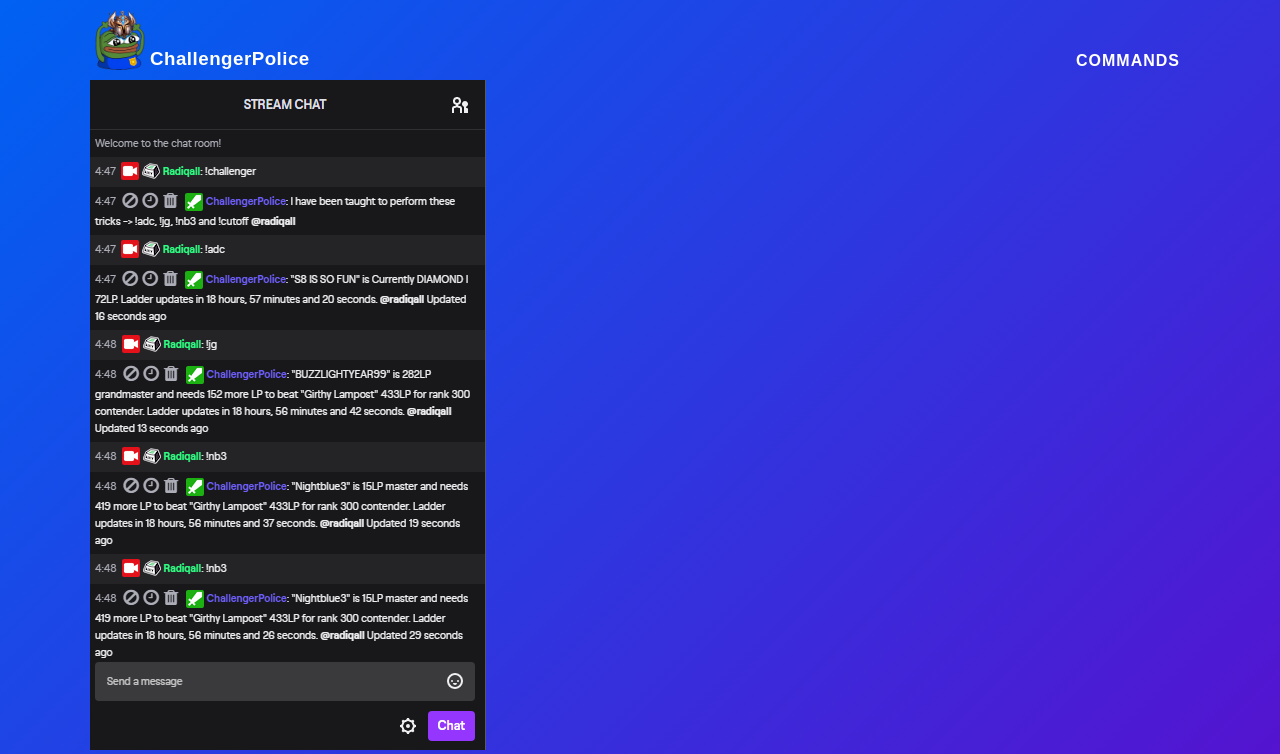
Repository: passbaan/challengerpolice
Page: index.html
The author's editor kept a copy of each file at every save. The page is drawn from the files as they stood at one save, then again after the next save.
The browser window is 1280 px wide. The pictures show the whole page.
The style sheet was rebuilt from its Sass, Less or Tailwind sources for each picture, by a compiler version that may differ from the author's.

Above is the page before, as saved 2020-06-02 16:52:37.

### index.html
<!DOCTYPE html>
<html lang="en">

<head>
    <meta charset="UTF-8">
    <meta name="viewport" content="width=device-width, initial-scale=1.0">
    <link rel="stylesheet" href="assets/css/main.min.css">
    <title>ChallengerPolice Rankbot</title>
</head>

<body>
    <section class="header">
        <div class="container">
            <nav>
                <div class="logo">
                    <img src="assets/img/logo.png" alt="Challenger Police Logo" class="logo-img">
                    <h1>ChallengerPolice</h1>
                </div>
                <div class="links">
                    <a href="#commands" class="link">Commands</a>
                </div>
            </nav>
            <div class="hero">
                <div class="hero-text"></div>
                <div class="hero-chat">
                    <img src="assets/img/chat.png" alt="">
                </div>
            </div>
        </div>
    </section>

</body>

</html>

### sass/main.scss
* {
  padding: 0;
  margin: 0;
  box-sizing: border-box;
}

section.header {
  width: 100%;
  background-color: #0061f2;
  background-image: linear-gradient(
    135deg,
    #0061f2 0%,
    rgba(105, 0, 199, 0.8) 100%
  );
  nav {
    display: flex;
    align-items: flex-end;
    justify-content: space-between;
    padding: 10px 0;
    .logo {
      display: flex;
      align-items: flex-end;
      h1 {
        color: #fff;
        letter-spacing: 0.5px;
        font-family: "Montserrat", sans-serif;
        &:hover {
          color: #f1f1f1;
        }
      }
      .logo-img {
        width: 60px;
        height: auto;
      }
    }
    .links {
      padding: 0 10px;
      .link {
        text-decoration: none;
        color: #fff;
        text-transform: uppercase;
        letter-spacing: 1px;
        font-weight: 700;
        font-family: "Montserrat", sans-serif;
        &:hover {
          color: #f1f1f1;
        }
      }
    }
  }
  .hero {
    .hero-chat {
      -webkit-perspective: 1500px;
      perspective: 1500px;
      -webkit-transform-style: preserve-3d;
      transform-style: preserve-3d;
      perspective-origin: left center;
    }
  }
}

.container {
  max-width: 1100px;
  width: 100%;
  margin-left: auto;
  margin-right: auto;
}

After the next save:
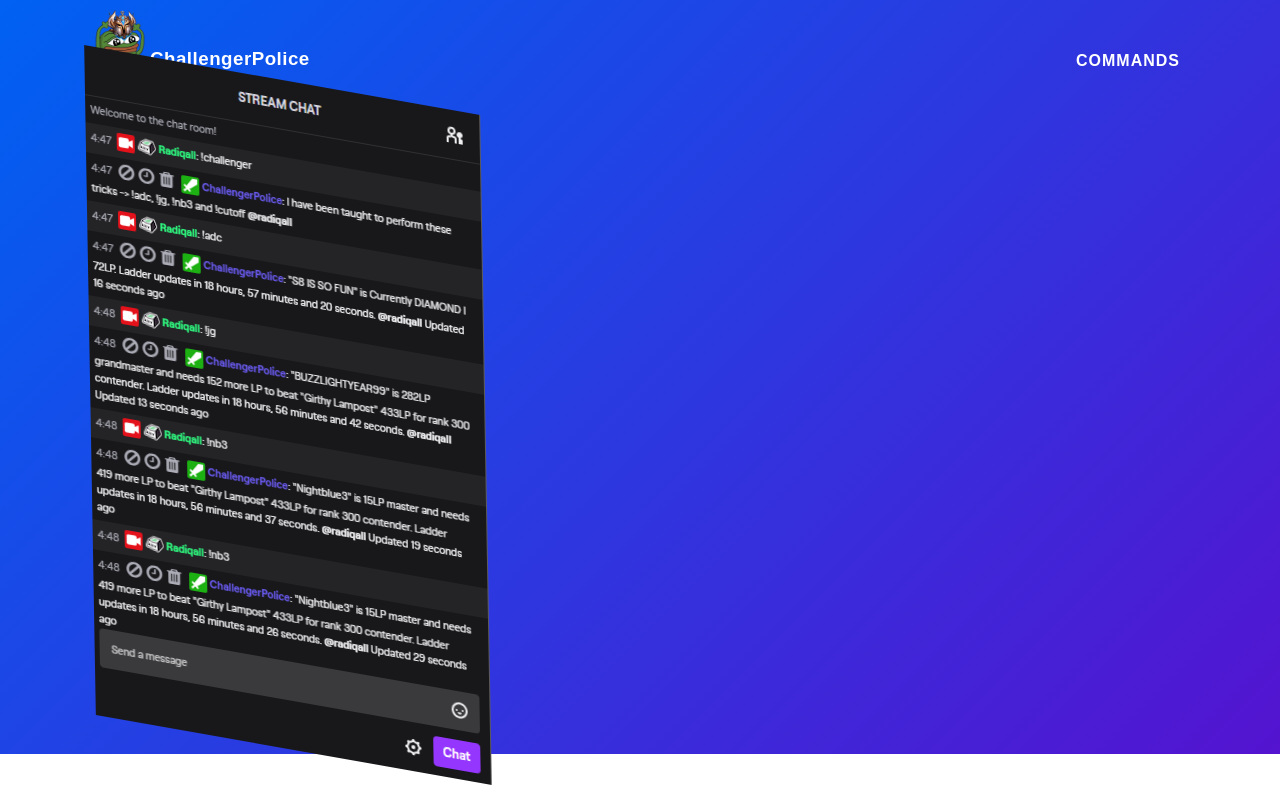
Saved 84 s later.
--- a/sass/main.scss
+++ b/sass/main.scss
@@ -50,11 +50,13 @@
   }
   .hero {
     .hero-chat {
-      -webkit-perspective: 1500px;
-      perspective: 1500px;
-      -webkit-transform-style: preserve-3d;
-      transform-style: preserve-3d;
-      perspective-origin: left center;
+      img {
+        -moz-transform: skew(1deg, 10deg);
+        -webkit-transform: skew(1deg, 10deg);
+        -o-transform: skew(1deg, 10deg);
+        -ms-transform: skew(1deg, 10deg);
+        transform: skew(1deg, 10deg);
+      }
     }
   }
 }
